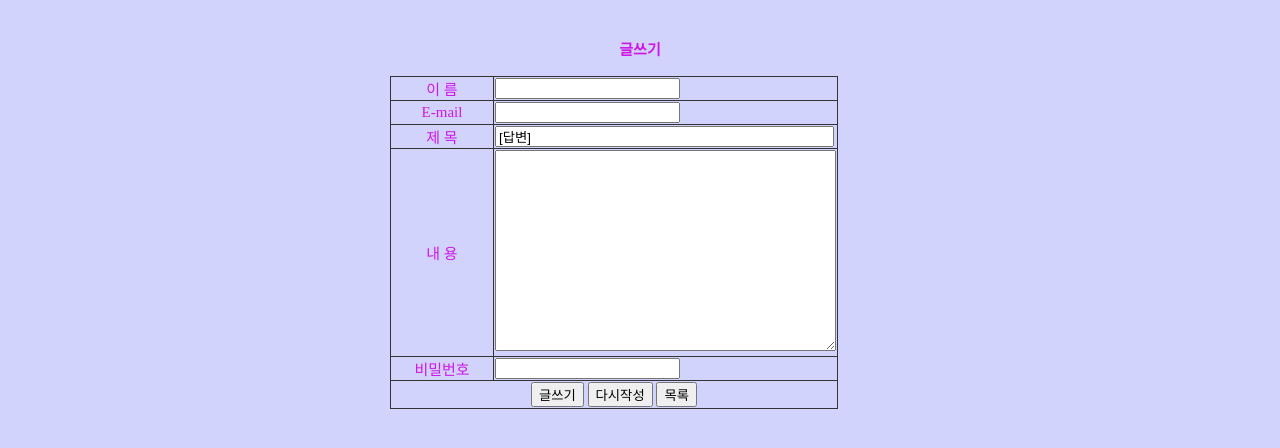
Repository: LouisKisaragi/BB-Bank
Page: http://localhost/freeboard/freeboard/writeForm.jsp
These files come from the project's save history. The page is drawn as it stood at one moment and after the next save; the edit follows.
The browser window is 1280 px wide. The pictures show the whole page.
The page is served by Tomcat 9. Other server files are loaded and not shown.

Above is the page before, as saved 2017-11-20 00:35:19.

### 이득건/publicFree/workspace/freeboard/WebContent/freeboard/writeForm.jsp
<%@ page language="java" contentType="text/html; charset=UTF-8"
    pageEncoding="UTF-8"%>
<%@ taglib prefix="c" uri="http://java.sun.com/jsp/jstl/core" %>
<!DOCTYPE html>
<html>
<head>
<meta http-equiv="Content-Type" content="text/html; charset=UTF-8">
<title>게시판</title>
<script src="${pageContext.request.contextPath }/freeboard/script.js"></script>
<link href="${pageContext.request.contextPath }/freeboard/css/style.css" rel="stylesheet" type="text/css"/>
<link href="${pageContext.request.contextPath}/freeboard/css/writeFormstyle.css" rel="stylesheet" type="text/css"/>
</head>
<body>
<section>
<article>
<b>글쓰기</b>
<br></br>
<form method="post" name="writeForm" action="${pageContext.request.contextPath}/board/writePro.do" onsubmit="return writeSave()">
<input type="hidden" name="num" value="${num}">
<input type="hidden" name="ref" value="${ref}">
<input type="hidden" name="step" value="${step}">
<input type="hidden" name="depth" value="${depth}">
<table class="board">
	<tr>
		<td class="attr">이 름</td>
		<td>
			<input type = "text" name="writer">
			</td>
		</tr>
		<tr>
			<td class="attr">E-mail</td>
			<td>
				<input type="email" name="email">
			</td>
		</tr>
		<tr>
			<td class="attr">제 목</td>
			<td>
			<c:if test="${num == 0}">
			<input class="input" type="text" name="subject">
			</c:if>
			<c:if test="${num != 0}">
			<input class="input" type="text" name="subject" value="[답변]">
			</c:if>
			</td>
		</tr>
		<tr>
			<td class="attr">내 용</td>
			<td>
				<textarea name="content" rows="13" cols="40"></textarea>
			</td>
		</tr>
		<tr>
			<td class="attr">비밀번호</td>
			<td>
				<input type="password" name="pass">
			</td>
		</tr>
		<tr>
			<td colspan="2" class="attr">
				<input type="submit" value="글쓰기">
				<input type="reset" value="다시작성">
				<input type="button" value="목록" OnClick="window.location='${pageContext.request.contextPath}/board/list.do'">
			</td>
		</tr>
</table>
</form>
</article>
</section>
</body>
</html>

### 이득건/publicFree/workspace/freeboard/WebContent/freeboard/css/style.css
@CHARSET "UTF-8";
body{
	background-color:#d1d3fc;
	font-size:15px;
	color: #ce16e9;
	text-align: center;
}
a:link {
	text-decoration:nonecolor:#696969;
}
a:hover {
	text-decoration:yescolor:#66ccff;
}
a:visted {
	text-decoration:noncolor:#330066;
}

### 이득건/publicFree/workspace/freeboard/WebContent/freeboard/css/writeFormstyle.css
@CHARSET "UTF-8";
section{
	padding-top: 30px;
	width:500px;
	margin: auto;
	left:0; top:0; righr:0; bottom:0;
}

.board{
	text-align:center;
	border-collapse:collapse;
}

.board td {
	border:1px solid #333;
	text-align:left;
	width:330px;
	hegith:30px;
	border:1px solid #333;
}
.board td .input{
	width:97%;
}
.board .attr{
	width: 100px;
	text-align:center;
}

Loaded but not shown: 이득건/publicFree/workspace/freeboard/WebContent/freeboard/script.js (no copy from this time; the picture is the same without it)

After the next save:
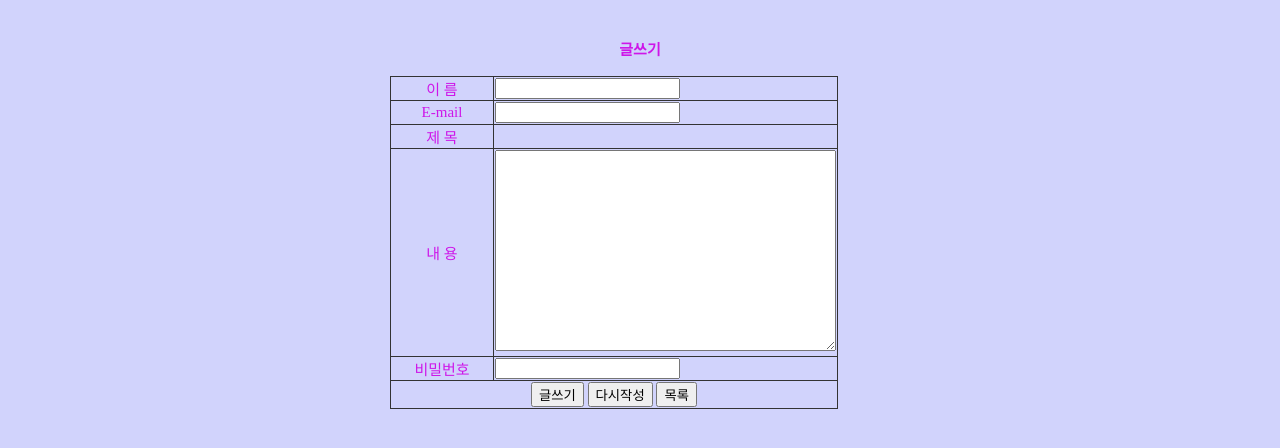
Saved 13 min 27 s later.
--- a/이득건/publicFree/workspace/freeboard/WebContent/freeboard/writeForm.jsp
+++ b/이득건/publicFree/workspace/freeboard/WebContent/freeboard/writeForm.jsp
@@ -39,9 +39,9 @@
 			<c:if test="${num == 0}">
 			<input class="input" type="text" name="subject">
 			</c:if>
-			<c:if test="${num != 0}">
+			<%-- <c:if test="${num != 0}">
 			<input class="input" type="text" name="subject" value="[답변]">
-			</c:if>
+			</c:if> --%>
 			</td>
 		</tr>
 		<tr>

After the save that followed:
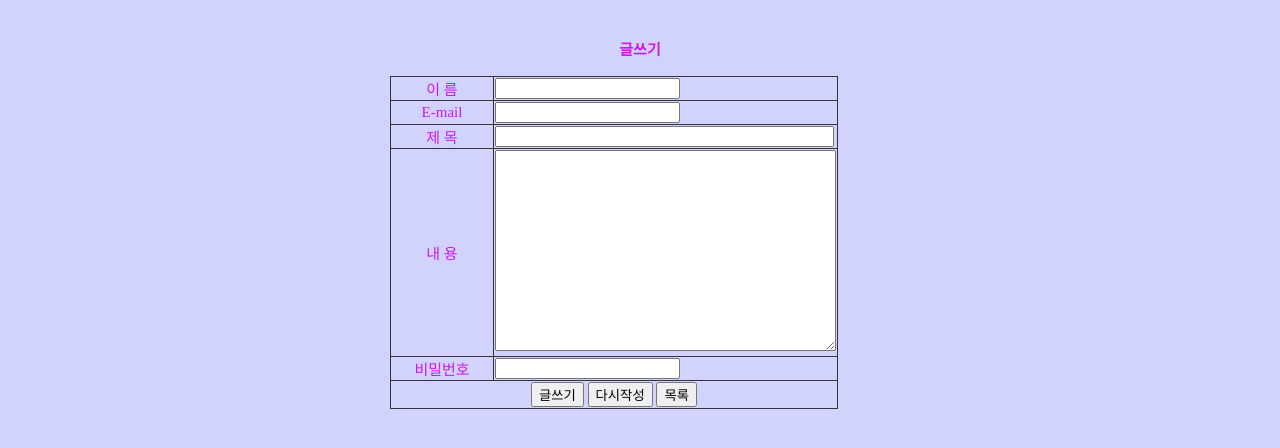
Saved 27 s later.
--- a/이득건/publicFree/workspace/freeboard/WebContent/freeboard/writeForm.jsp
+++ b/이득건/publicFree/workspace/freeboard/WebContent/freeboard/writeForm.jsp
@@ -39,9 +39,9 @@
 			<c:if test="${num == 0}">
 			<input class="input" type="text" name="subject">
 			</c:if>
-			<%-- <c:if test="${num != 0}">
-			<input class="input" type="text" name="subject" value="[답변]">
-			</c:if> --%>
+			<c:if test="${num != 0}">
+			<input class="input" type="text" name="subject" >
+			</c:if>
 			</td>
 		</tr>
 		<tr>
